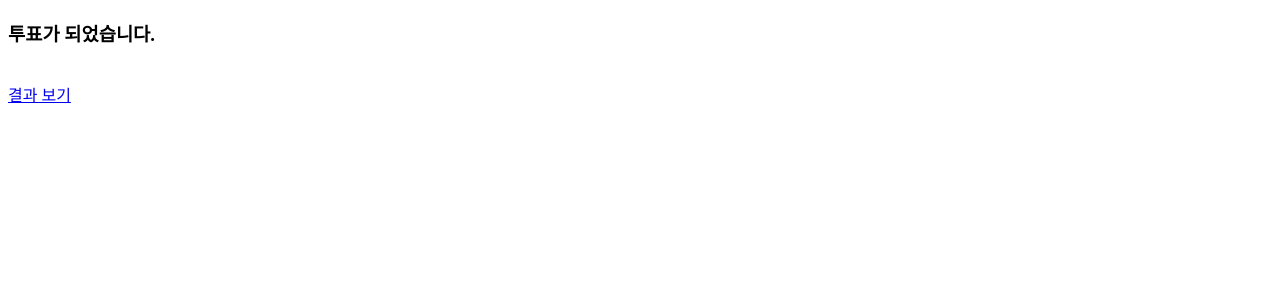
Repository: hayoung9000/migo_vote
Page: http://localhost/Migo/voteOkProc.jsp
The author's editor kept a copy of each file at every save. The page is drawn from the files as they stood at one save, then again after the next save.
The browser window is 1280 px wide. The pictures show the whole page.
The page is served by Tomcat 9.

Above is the page before, as saved 2018-05-20 15:50:15.

### Migo/WebContent/voteOkProc.jsp
<%@ page language="java" contentType="text/html; charset=EUC-KR"
    pageEncoding="EUC-KR"%>
<!DOCTYPE html PUBLIC "-//W3C//DTD HTML 4.01 Transitional//EN" "http://www.w3.org/TR/html4/loose.dtd">
<html>
<head>
<meta http-equiv="Content-Type" content="text/html; charset=EUC-KR">
<title>Insert title here</title>
</head>
<body>
<h3>투표가 되었습니다. </h3><br>
<a href="voteProc.jsp">결과 보기</a>
</body>
</html>

After the next save:
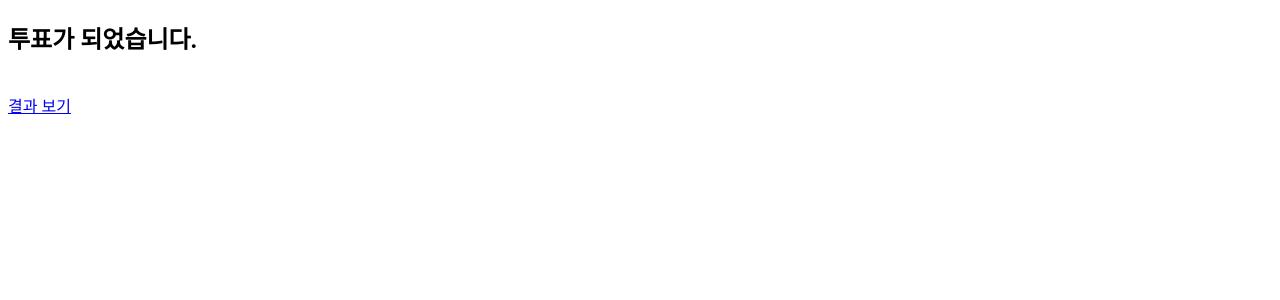
Saved 27 s later.
--- a/Migo/WebContent/voteOkProc.jsp
+++ b/Migo/WebContent/voteOkProc.jsp
@@ -7,7 +7,7 @@
 <title>Insert title here</title>
 </head>
 <body>
-<h3>투표가 되었습니다. </h3><br>
+<h2>투표가 되었습니다. </h2><br>
 <a href="voteProc.jsp">결과 보기</a>
 </body>
 </html>
